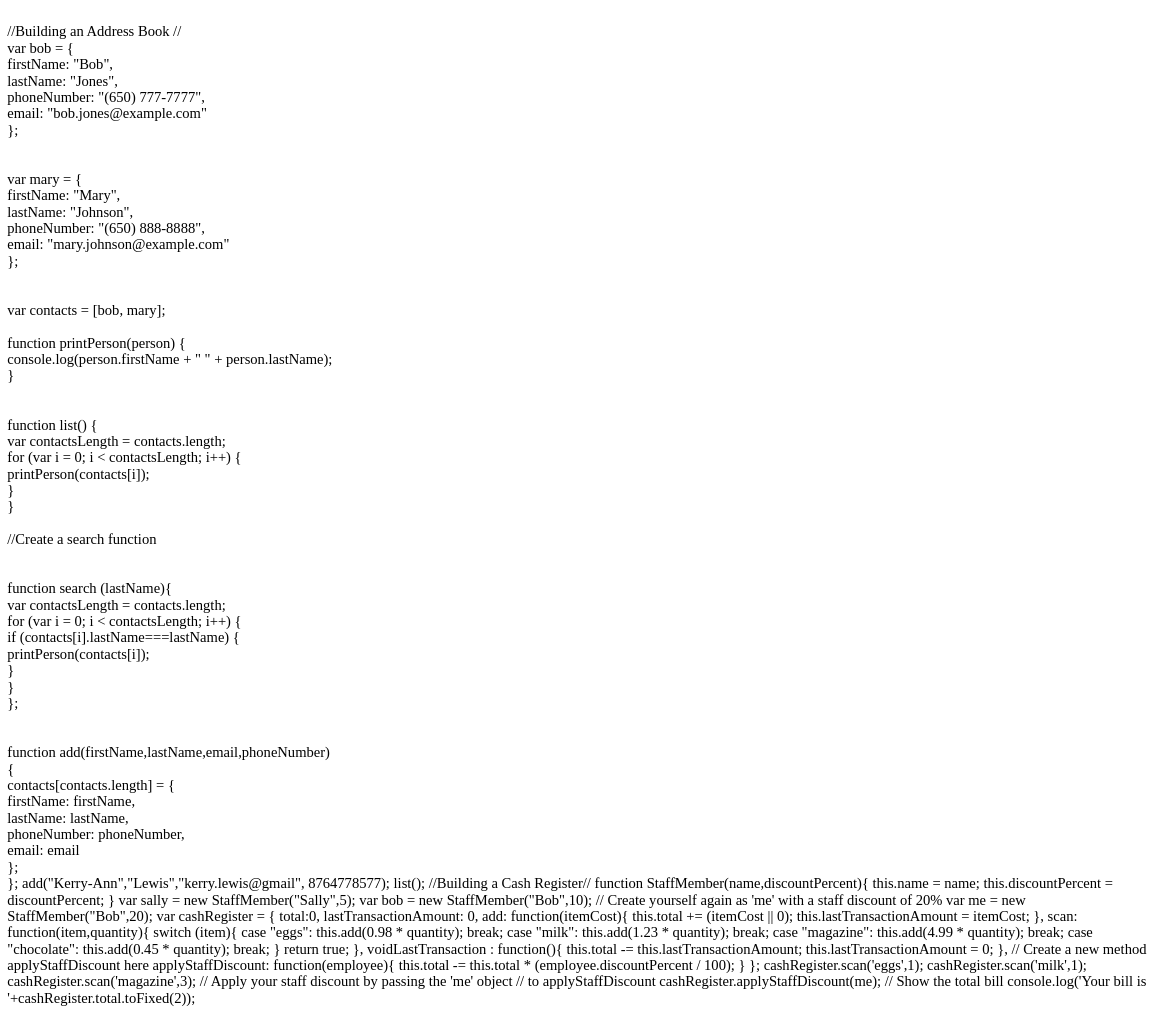
Repository: kernicole/info2180project1
Page: script.html
The author's editor kept a record of every edit. The page is drawn from the files as they stood at one moment, then again after the next edit.
The browser window is 1280 px wide. The pictures show the whole page, at 91% of full size.

Above is the page before.

After the next edit:
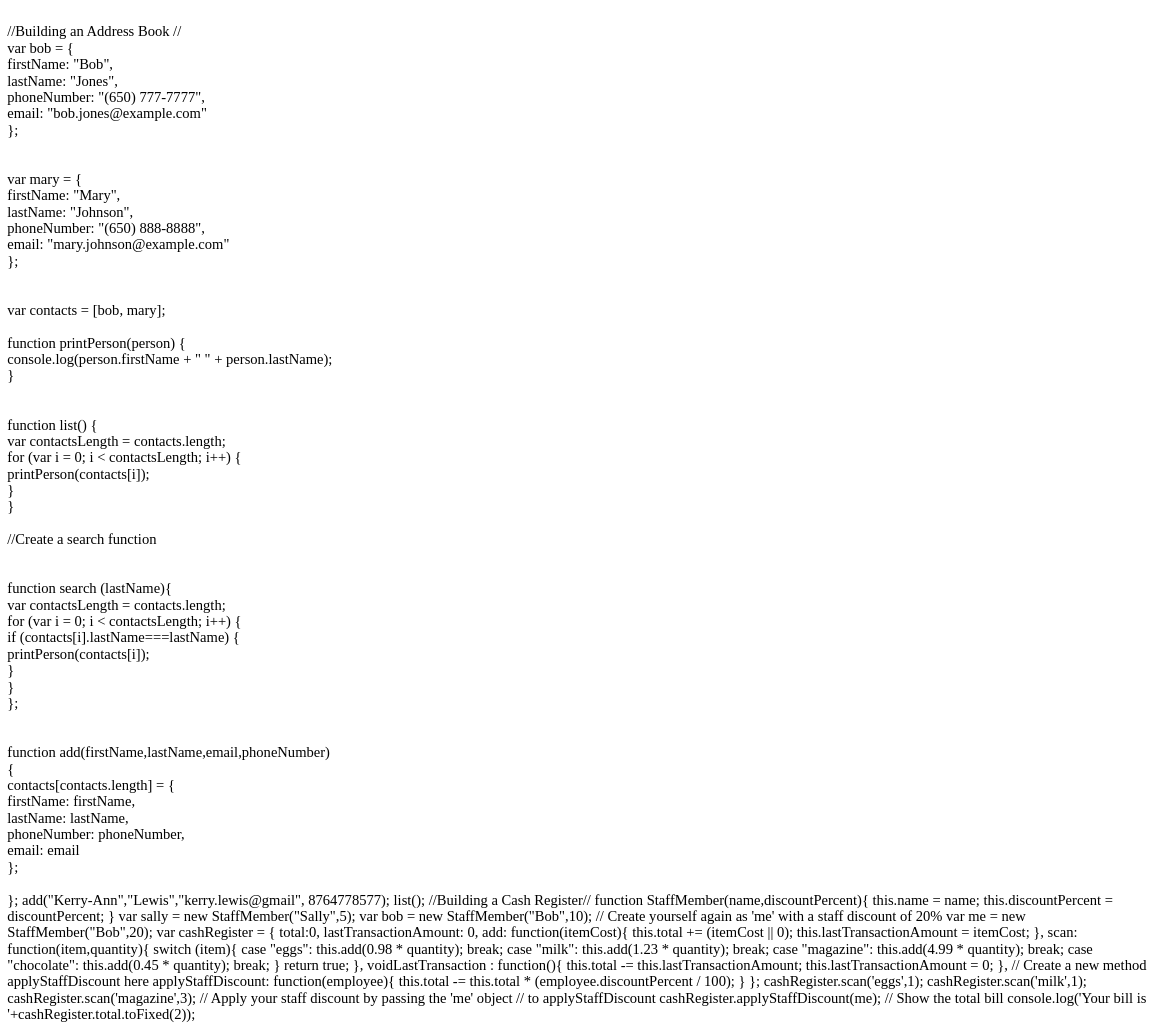
The edit:
--- a/script.html
+++ b/script.html
@@ -61,7 +61,7 @@
 <br/>
 
 
-};
+<br/>};
 
 
 add("Kerry-Ann","Lewis","kerry.lewis@gmail", 8764778577);
